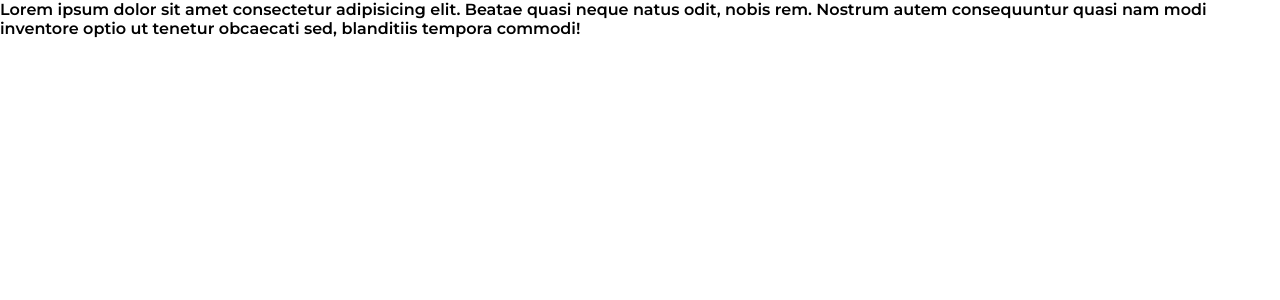
Repository: tranvantai2905/likelion
Page: WEEK-1/BUOI-5/bai_tap_7_tran_van_tai/index.html
An editor plug-in stored every save of this project. The page is shown before and after the next save, followed by the edit.
The browser window is 1280 px wide. The pictures show the whole page.

Above is the page before, as saved 2024-06-21 09:49:01.

### WEEK-1/BUOI-5/bai_tap_7_tran_van_tai/index.html
<!DOCTYPE html>
<html lang="en">
  <head>
    <meta charset="UTF-8" />
    <meta name="viewport" content="width=device-width, initial-scale=1.0" />
    <title>Document</title>
    <link rel="preconnect" href="https://fonts.googleapis.com" />
    <link rel="preconnect" href="https://fonts.gstatic.com" crossorigin />
    <link
      href="https://fonts.googleapis.com/css2?family=Montserrat:ital,wght@0,100..900;1,100..900&display=swap"
      rel="stylesheet"
    />
    <link rel="stylesheet" href="style.css" />
  </head>
  <body>
    <main>
      <section>
        <p class="momterrat">
          Lorem ipsum dolor sit amet consectetur adipisicing elit. Beatae quasi
          neque natus odit, nobis rem. Nostrum autem consequuntur quasi nam modi
          inventore optio ut tenetur obcaecati sed, blanditiis tempora commodi!
        </p>
      </section>
    </main>
  </body>
</html>

### WEEK-1/BUOI-5/bai_tap_7_tran_van_tai/style.css
*, *::after, *::before {
  padding: 0px;
  margin: 0px;
}

body {
  font-family: "Montserrat", sans-serif;
  font-optical-sizing: auto;
  font-weight: 600;
  font-style: normal;
}

After the next save:
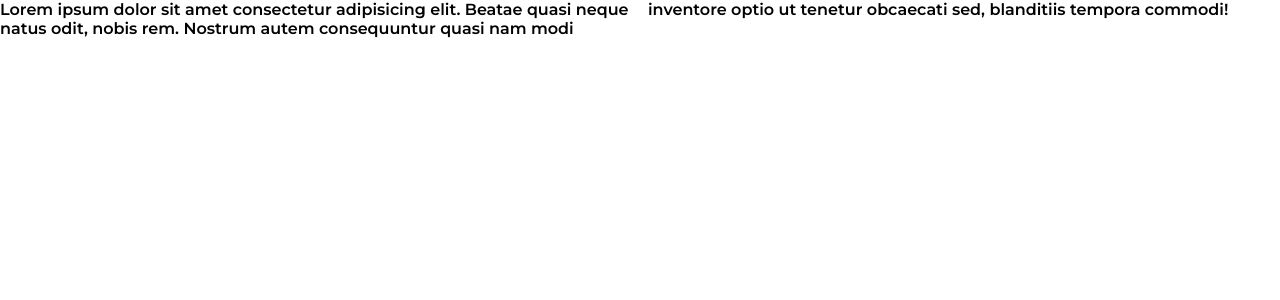
Saved 21 min 41 s later.
--- a/WEEK-1/BUOI-5/bai_tap_7_tran_van_tai/style.css
+++ b/WEEK-1/BUOI-5/bai_tap_7_tran_van_tai/style.css
@@ -9,3 +9,7 @@ body {
   font-weight: 600;
   font-style: normal;
 }
+
+p{
+    columns: 2;
+}
